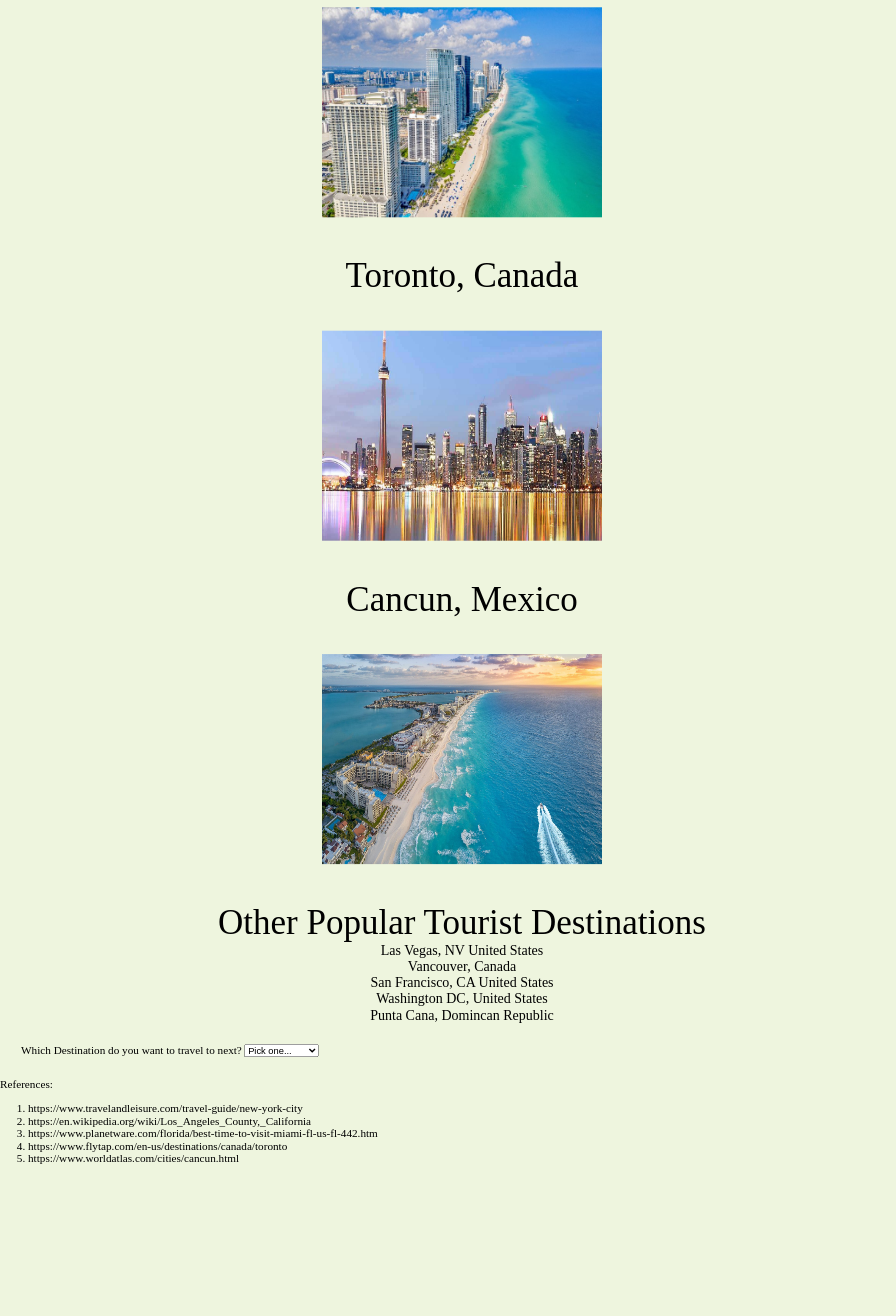
Repository: alharama/StaticWebsite
Page: na_page.html
The author's editor kept a copy of each file at every save. The page is drawn from the files as they stood at one save, then again after the next save.
The browser window is 1280 px wide. The pictures show the part of the page from y = 1739 to 3659 px (the page is 3619 px tall before and 3659 px after), at 70% of full size.

Above is the page before, as saved 2021-09-29 22:58:49.

### na_page.html
<!DOCTYPE html>
<html>
<head>

    <link rel = "stylesheet" type="text/css" href="StyleSheet.css">;

    <title> North America </title>

    <style>

        #na {
            display: block;
            margin-left: auto;
            margin-right: auto;
            margin-top: 30px;
            width: auto;
            height: 300px;

        }

        #survey {
            margin: 30px;
        }




    </style>

</head>

    <header>
        North America


        <div id="languages">
            <span>Hello</span>
            <span>Bonjour</span>
            <span>Marhabaan</span>
            <span>Zdravstvuyte</span>
            <span>nǐ hǎo</span>
            <span>Salve</span>
            <span>Konnichiwa</span>
            <span>Guten Tag</span>
            <span>Goddag</span>
            <span>Shikamoo</span>
        </div>
    </header>

    <body>

        <nav class="top_nav">
            <ul id="top_nav">
                <li><a href="/index.html">Home</a></li>
                <li><a href="/na_page.html">North America</a></li>
                <li><a href="/sa_page.html">South America</a></li>
                <li><a href="/eu_page.html">Europe</a></li>
                <li><a href="/af_page.html">Africa</a></li>
                <li><a href="/as_page.html">Asia</a></li>
                <li><a href="/au_page.html">Australia</a></li>
                <li><a href="/ant_page.html">Antarctica</a></li>
            </ul>
        </nav>

        <img id="na" src="images/NorthAmerica.png" alt="North america">


        <h1> Top Tourist Destinations in North America</h1>


        <ul class = "tourist_spots">
            <li> New York City, NY United States</li>

            <span><img id="dest" src="images/NY.jpeg" alt="NY">  </span>
            <li> Los Angeles, CA United States</li>
            <span><img id = "dest" src="images/LA.jpeg" alt="LA">  </span>
            <li> Miami, FL United States</li>
            <span><img id = "dest" src="images/MIA.jpeg" alt = "MIA">  </span>
            <li> Toronto, Canada</li>
            <span><img id = "dest" src="images/TOR.jpeg" alt="TOR">  </span>
            <li> Cancun, Mexico</li>
            <span><img id="dest" src="images/Cancun.jpeg" alt="Cancun">  </span>

            <div class = "extra_destinations">
                <span id="other_dest_header"> Other Popular Tourist Destinations</span>
                <li> Las Vegas, NV United States</li>
                <li> Vancouver, Canada</li>
                <li> San Francisco, CA United States</li>
                <li> Washington DC, United States</li>
                <li> Punta Cana, Domincan Republic</li>
            </div>

        </ul>



        <div id="survey">

            Which Destination do you want to travel to next?
            <select>
                <option>Pick one...</option>
                <option>New York City</option>
                <option>Los Angeles</option>
                <option>Miami</option>
                <option>Toronto</option>
                <option>Cancun</option>
                <option>Las Vegas</option>
                <option>Vancouver</option>
            </select>

        </div>





    </body>


    <footer>

        References:

        <ol>
            <li>https://www.travelandleisure.com/travel-guide/new-york-city</li>
            <li>https://en.wikipedia.org/wiki/Los_Angeles_County,_California</li>
            <li>https://www.planetware.com/florida/best-time-to-visit-miami-fl-us-fl-442.htm</li>
            <li>https://www.flytap.com/en-us/destinations/canada/toronto</li>
            <li>https://www.worldatlas.com/cities/cancun.html</li>
        </ol>

    </footer>


</html>

### StyleSheet.css

 @import url('https://fonts.googleapis.com/css2?family=Kaushan+Script&display=swap');

 header {
    text-align: center;
    padding: 5px;
    font-family: 'Kaushan Script', cursive;
    font-size: 100px;
    border-bottom: 1px solid;

}

body{
    background: rgb(238, 245, 222);
    margin: 0px;
    padding-bottom: 200px;
}

.top_nav {
    width: 100%;
    font-size: 40px;
    text-align: center;
    color: red;

}

.top_nav ul {
    margin: 0px;
    color: blue;
}

.top_nav li {
    display: inline-block;

}

.top_nav a {
    text-decoration:underline;
    color: rgb(175, 52, 52);

}

.top_nav a:hover {
    background-color: lightgray;
}


#languages{

    display: flex;
    font-size: 20px;
    justify-content:space-around;
}



 h1 {
    text-align: center;
    font-family: 'Kaushan Script', cursive;
}

.tourist_spots {
    text-align: center;
}
.tourist_spots li {
    list-style: none;
    text-align: center;
    font-size: 50px;

}


#dest {
    width: 400px;
    height: 300px;
    padding: 50px;
}

#other_dest_header {
    font-size: 50px;
}
.extra_destinations li{
    font-size: 20px;
}

After the next save:
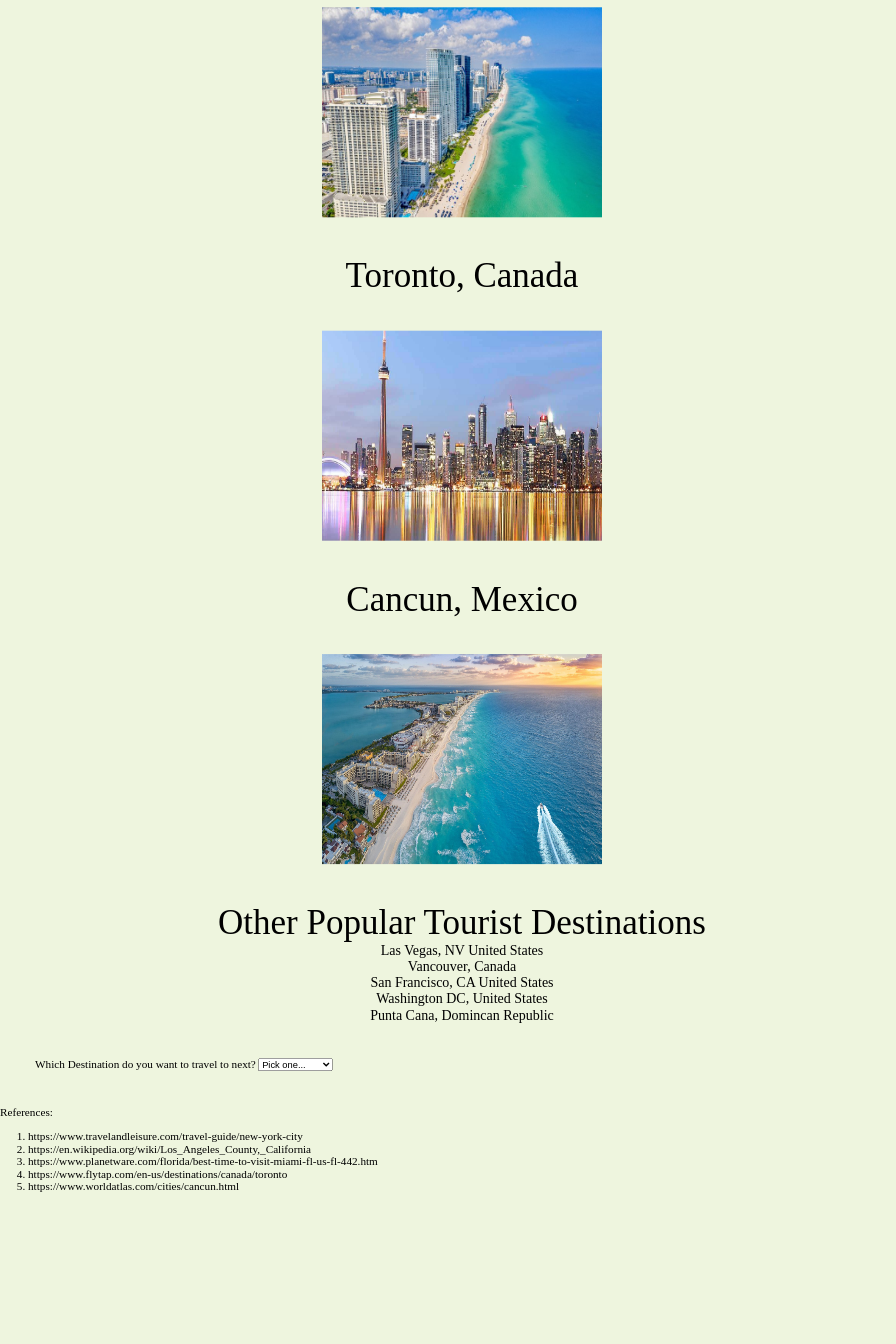
Saved 5 s later.
--- a/na_page.html
+++ b/na_page.html
@@ -19,7 +19,7 @@
         }
 
         #survey {
-            margin: 30px;
+            margin: 50px;
         }
 
 
